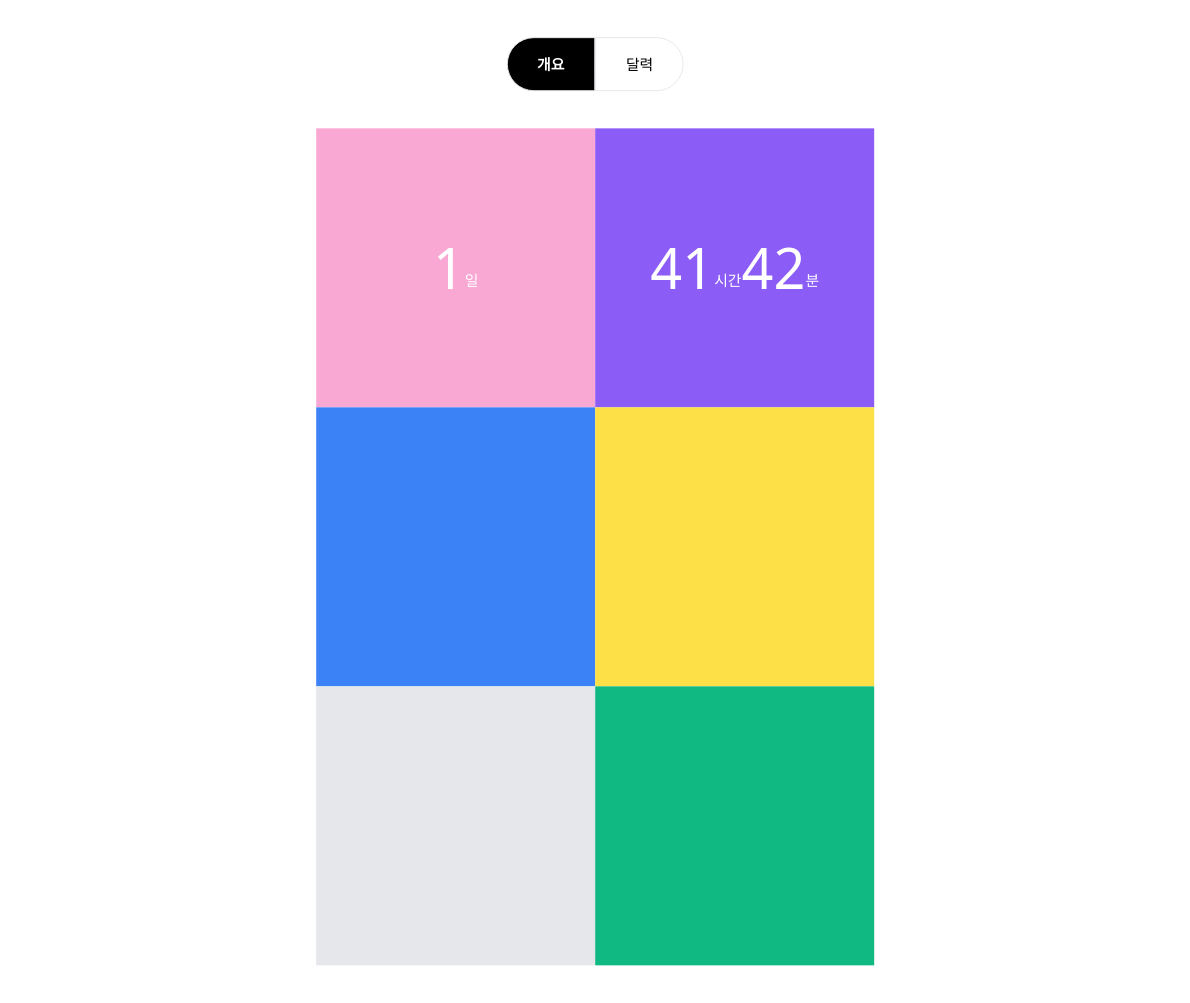
Repository: honey-punch/my-alcohol
Page: /
The author's editor kept a copy of each file at every save. The page is drawn from the files as they stood at one save, then again after a run of saves.
The browser window is 1280 px wide. The pictures show the whole page, at 93% of full size.
The project was rebuilt for these pictures with package versions that can differ from the ones it lists, and the page was loaded fresh each time. The framework's server and built-in components were replaced by stand-ins that run in the browser. Also part of the build but not shown: next.config.ts, src/app/_component/Calendar.tsx.

Above is the page before, as saved 2025-02-10 15:58:37.

### src/app/page.tsx
"use client";

import { useState } from "react";
import Summary from "./_component/Summary";
import Calendar from "./_component/Calendar";

type ViewType = "summary" | "calendar";

export default function Home() {
  // useState
  const [viewType, setViewType] = useState<ViewType>("summary");

  // functions
  function handleChangeViewType() {
    if (viewType === "summary") {
      setViewType("calendar");
    } else {
      setViewType("summary");
    }
  }

  return (
    <div className="w-full flex flex-col items-center p-10 gap-10">
      <div onClick={handleChangeViewType} className="flex">
        <button
          className={`${
            viewType === "summary"
              ? "bg-black text-white font-black"
              : "hover:bg-black/20"
          } rounded-s-full border px-8 py-4 transition-colors`}
        >
          개요
        </button>
        <button
          className={`${
            viewType === "calendar"
              ? "bg-black text-white font-black"
              : "hover:bg-black/20"
          } rounded-e-full border px-8 py-4 transition-colors`}
        >
          달력
        </button>
      </div>
      {viewType === "summary" ? <Summary /> : <Calendar />}
    </div>
  );
}

### src/app/_component/Summary.tsx
const BOX_SIZE = 300;

export default function Summary() {
  const today = new Date();

  // TODO - DB에서 받아온 술마신 날들 중 가장 마지막 날
  const lastDay = new Date("2025-02-08T22:00:00");

  const diffMs = Math.abs(today.getTime() - lastDay.getTime());
  const diffDay = Math.floor(diffMs / (1000 * 60 * 60 * 24));
  const diffHour = Math.floor(diffMs / (1000 * 60 * 60));
  const diffMin = Math.floor((diffMs % (1000 * 60 * 60)) / (1000 * 60));
  const diffTime = { diffHour, diffMin };

  return (
    <div className="grid grid-cols-2">
      <div
        style={{ width: `${BOX_SIZE}px`, height: BOX_SIZE }}
        className="bg-pink-300 text-white flex justify-center items-center"
      >
        <span className="text-6xl">{diffDay}</span>
        <span className="mt-7">일</span>
      </div>
      <div
        style={{ width: `${BOX_SIZE}px`, height: BOX_SIZE }}
        className="bg-violet-500 text-white flex justify-center items-center"
      >
        <span className="text-6xl">{diffTime.diffHour}</span>
        <span className="mt-7">시간</span>
        <span className="text-6xl">{diffTime.diffMin}</span>
        <span className="mt-7">분</span>
      </div>
      <div
        style={{ width: `${BOX_SIZE}px`, height: BOX_SIZE }}
        className="bg-blue-500 text-white flex justify-center items-center text-3xl"
      ></div>
      <div
        style={{ width: `${BOX_SIZE}px`, height: BOX_SIZE }}
        className="bg-yellow-300 text-white flex justify-center items-center text-3xl"
      ></div>
      <div
        style={{ width: `${BOX_SIZE}px`, height: BOX_SIZE }}
        className="bg-gray-200 text-white flex justify-center items-center text-3xl"
      ></div>
      <div
        style={{ width: `${BOX_SIZE}px`, height: BOX_SIZE }}
        className="bg-emerald-500 text-white flex justify-center items-center text-3xl"
      ></div>
    </div>
  );
}

Loaded but not shown: src/app/layout.tsx (common file); src/app/globals.css (common file); tailwind.config.ts (common file)

After the next 2 saves:
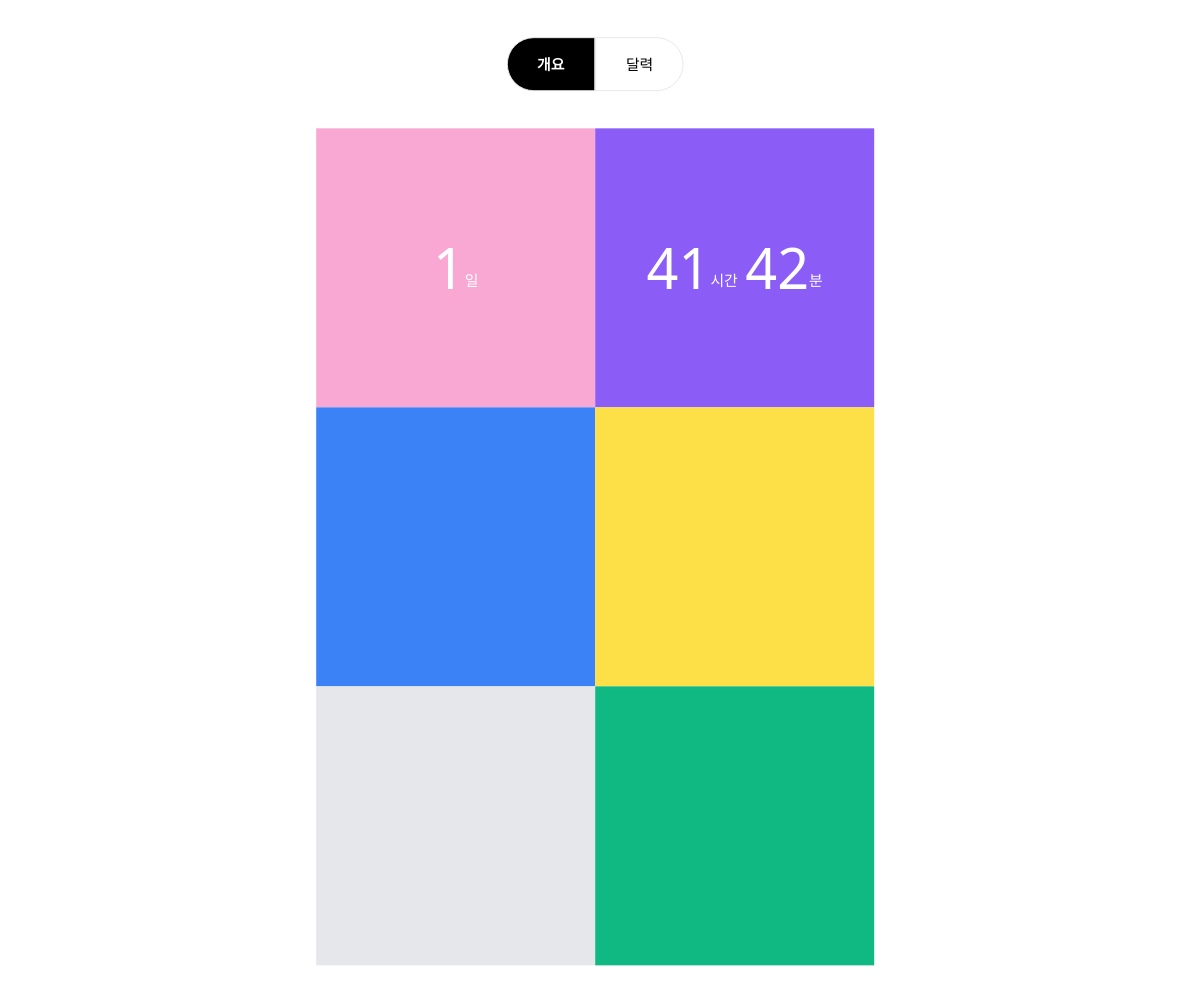
The 2 saves are shown as one change because they came seconds apart.
The last was saved 7 s later.
--- a/src/app/_component/Summary.tsx
+++ b/src/app/_component/Summary.tsx
@@ -26,7 +26,7 @@ export default function Summary() {
         className="bg-violet-500 text-white flex justify-center items-center"
       >
         <span className="text-6xl">{diffTime.diffHour}</span>
-        <span className="mt-7">시간</span>
+        <span className="mt-7 mr-2">시간</span>
         <span className="text-6xl">{diffTime.diffMin}</span>
         <span className="mt-7">분</span>
       </div>
